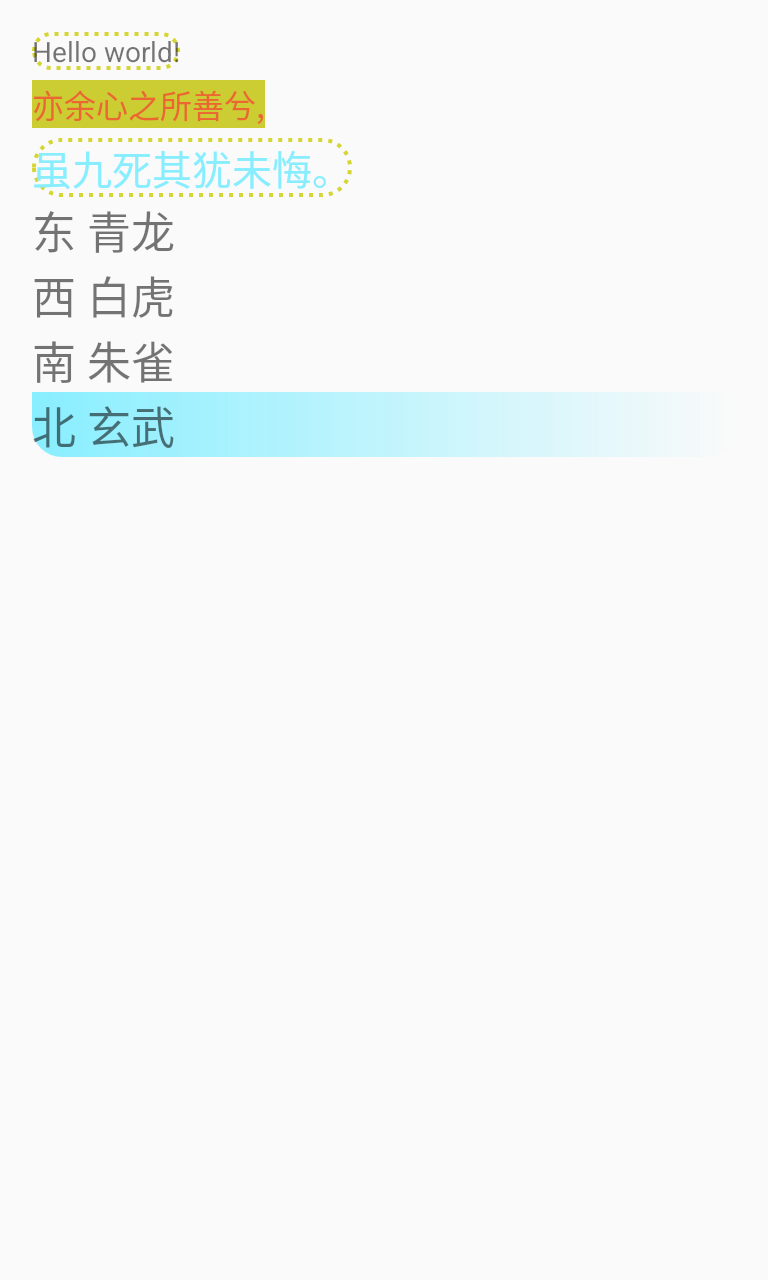
Repository: duhei/cici
Layout: GitHubFrist/res/layout/activity_main.xml
The author's editor kept a copy of each file at every save. The layout is drawn from the files as they stood at one save, then again after the next save.
It is drawn on a 768 x 1280 px phone screen (xhdpi) without system bars, with theme AppTheme; the app's code is not run.

Above is the layout before, as saved 2015-07-10 08:50:34.

### GitHubFrist/res/layout/activity_main.xml
<LinearLayout xmlns:android="http://schemas.android.com/apk/res/android"
    xmlns:tools="http://schemas.android.com/tools"
    android:layout_width="match_parent"
    android:layout_height="match_parent"
    android:paddingBottom="@dimen/activity_vertical_margin"
    android:paddingLeft="@dimen/activity_horizontal_margin"
    android:paddingRight="@dimen/activity_horizontal_margin"
    android:paddingTop="@dimen/activity_vertical_margin"
    tools:context="com.mylove.githubfrist.MainActivity"
    android:orientation="vertical"
    >

    <TextView
        android:layout_width="wrap_content"
        android:layout_height="wrap_content"
        android:text="@string/hello_world"
        android:background="@drawable/corner_shape"
        />

    <TextView
        style="@style/warp_content"
        android:text="@string/lisao1"
        android:background="#FFCCCC33"
        android:textColor="#99FF2233"
        android:textSize="16dp"
        />

    <TextView
        style="@style/warp_textCol"
        android:layout_width="wrap_content"
        android:layout_height="wrap_content"
        android:background="@drawable/corner_shape"
        android:text="@string/lisao2" />

    <TextView
        android:layout_width="match_parent"
        android:layout_height="wrap_content"
        android:background="@drawable/con_shape_top"
        android:text="@string/east"
        android:textSize="22dp"
        />

    <TextView
        android:layout_width="match_parent"
        android:layout_height="wrap_content"
        android:text="@string/west"
        android:textSize="22dp"
        />

    <TextView
        android:layout_width="match_parent"
        android:layout_height="wrap_content"
        android:text="@string/south"
        android:textSize="22dp"
        />

    <TextView
        android:layout_width="match_parent"
        android:layout_height="wrap_content"
        android:background="@drawable/con_shape_bottom"
        android:text="@string/nouth"
        android:textSize="22dp"
        />

</LinearLayout>

### GitHubFrist/res/values/strings.xml
<?xml version="1.0" encoding="utf-8"?>
<resources>

    <string name="app_name">GitHubFrist</string>
    <string name="hello_world">Hello world!</string>
    <string name="action_settings">Settings</string>

    <string name="lisao1">亦余心之所善兮,</string>
    <string name="lisao2">虽九死其犹未悔。</string>

    <string name="east">东 青龙</string>
    <string name="west">西 白虎</string>
    <string name="south">南 朱雀</string>
    <string name="nouth">北 玄武</string>
</resources>

### GitHubFrist/res/drawable-hdpi/corner_shape.xml
<?xml version="1.0" encoding="utf-8"?>
<shape xmlns:android="http://schemas.android.com/apk/res/android" >

    <corners android:radius="20dp"/>

    <stroke android:width="2dp"
        android:dashGap="3dp"
        android:dashWidth="2dp"
        android:color="#FFD5D533"/>

</shape>

### GitHubFrist/res/drawable-hdpi/con_shape_top.xml
<?xml version="1.0" encoding="utf-8"?>
<shape xmlns:android="http://schemas.android.com/apk/res/android" >

    <corners android:topLeftRadius="15dp"
        android:topRightRadius="15dp"
        android:bottomLeftRadius="0dp"
        android:bottomRightRadius="0dp"
        />

</shape>

### GitHubFrist/res/drawable-hdpi/con_shape_bottom.xml
<?xml version="1.0" encoding="utf-8"?>
<shape xmlns:android="http://schemas.android.com/apk/res/android" >

    <corners android:topLeftRadius="0dp"
        android:topRightRadius="0dp"
        android:bottomLeftRadius="15dp"
        android:bottomRightRadius="15dp"
        />

    <gradient android:startColor="#FF88EEFF"/>
</shape>

Loaded but not shown: GitHubFrist/res/values/styles.xml (common file); GitHubFrist/res/values-v11/styles.xml (common file); GitHubFrist/res/values-v14/styles.xml (common file); GitHubFrist/res/values/dimens.xml (common file); GitHubFrist/res/values-w820dp/dimens.xml (common file)

After the next save:
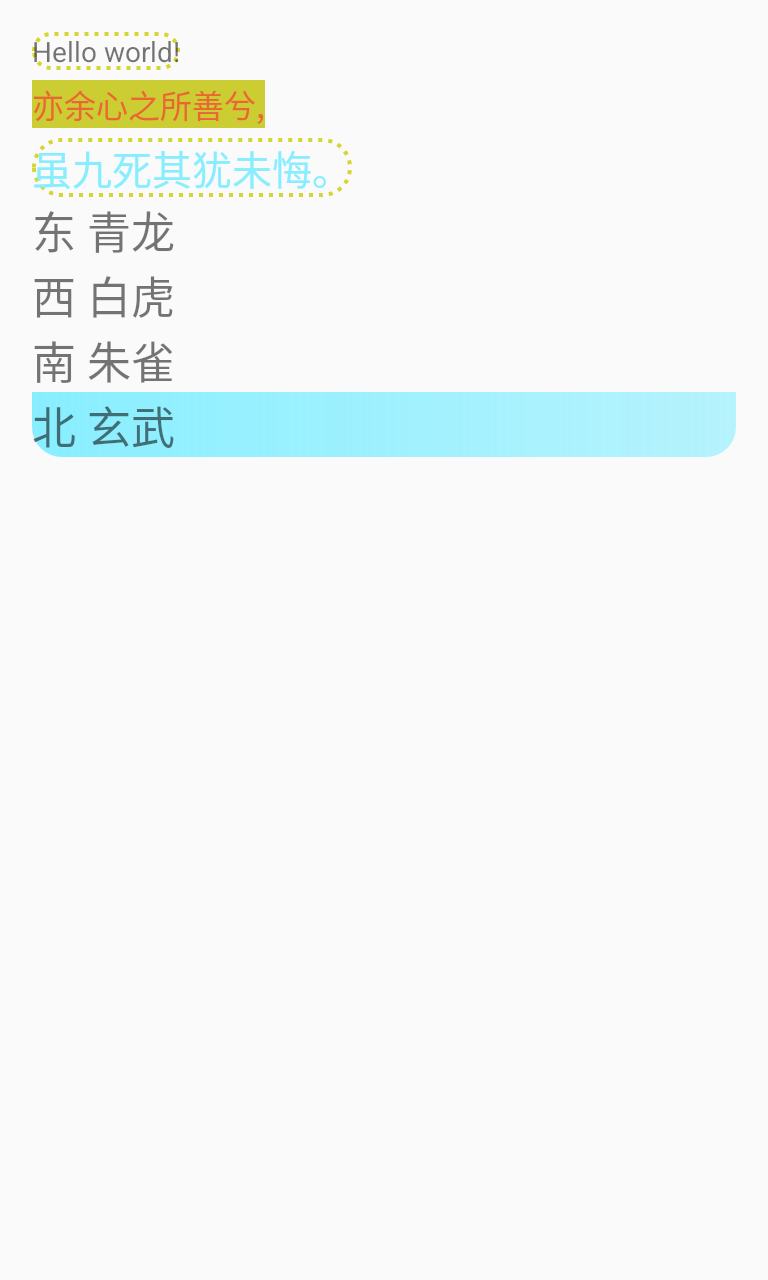
Saved 33 s later.
--- a/GitHubFrist/res/drawable-hdpi/con_shape_bottom.xml
+++ b/GitHubFrist/res/drawable-hdpi/con_shape_bottom.xml
@@ -7,5 +7,6 @@
         android:bottomRightRadius="15dp"
         />
 
-    <gradient android:startColor="#FF88EEFF"/>
+    <gradient android:startColor="#FF88EEFF"
+        android:endColor="#9988EEFF"/>
 </shape>
